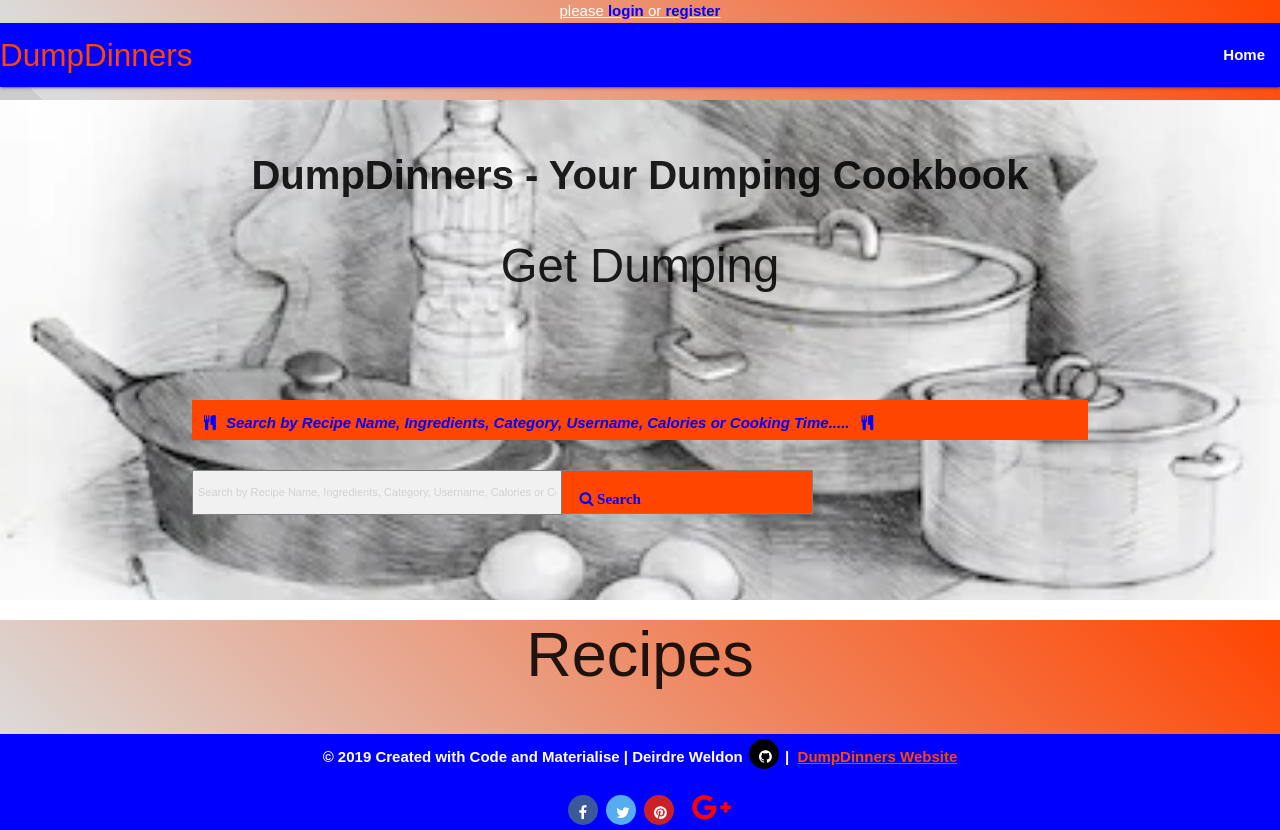
Repository: Deirdre18/dumpdinners-recipe-app
Page: http://localhost/
The author's editor kept a record of every edit. The page is drawn from the files as they stood at one moment, then again after the next edit.
The browser window is 1280 px wide. The pictures show the whole page.
Some web libraries are served in a nearby version. The page is served by the project's application, run on Flask 3 (app.py). Queries for data that is not in the repository find no rows.

Above is the page before.

### templates/allrecipes1.html
{% extends "base.html" %} {% block content %}

<h1 class="title">Recipes</h1>
{#{{referred to https://github.com/pierceoneill/code-institute-milestone-project-04/blob/master/templates/recipes.html for recipe-cards code.}}#}



<div id="recipe-cards" class="row">
    {% for recipe in recipes %}
    <div class="col s12 m4 l3 recipe-card" data-date="{{recipe.date_added}}">

        <div class="card-heading">

            <div class="card-title" style="text-align:center">
                <h6><span id="recipe_name" name="recipe_name"><i><strong>{{recipe.recipe_name}}</i></strong></span></h6>

            </div>
        </div>
        <strong><i class="fa fa-eye" aria-hidden="true" style="color:blue;font-size: 15px">&nbsp&nbsp{{recipe.views}}</i></strong>&nbsp&nbsp&nbsp&nbsp&nbsp&nbsp&nbsp&nbsp&nbsp&nbsp&nbsp&nbsp&nbsp&nbsp&nbsp&nbsp&nbsp
        <strong><i class="fa fa-heart" aria-hidden="true" style="color:red; font-size: 15px">&nbsp&nbsp{{recipe.likes}}</i></strong><br>
        <strong><i class="fa fa-cutlery"aria-hidden="true" style="color:blue;font-size: 15px">&nbsp&nbsp{{recipe.category_name}}</i><strong>


        <div class="card-image">
            <img src="{{recipe.image}}" width="200" height="200" style="margin-top" : 40%;>
        </div>


        <div class="card-body" style="white-space:normal">

            <p id="short_description"></p><strong><em>{{recipe.short_description}}</strong></em>
            </p>

        </div>

        <h6 class="view-and-share"><strong> View and Share!</strong>
        </h6>
        <p class=shares "col s4 m3 l3" style="white-space:normal">

            <i class="fa fa-facebook" aria-hidden="true"></i>
            <i class="fa fa-twitter" aria-hidden="true" style="color: light-blue"></i>
             <i class="fa fa-pinterest" aria-hidden="true"></i>
             <i class="fa fa-google-plus" style="font-size:30px; color:red"></i>
        </p>

        <div class="card-footer" style="white-space:normal">



            <div class="card-action">
                <a href="/recipe/{{ recipe._id }}"> <button class="btn waves-effect waves-light" type="submit" style="background-color:orangered" name="action">See More
                <i class="material-icons right">view_list</i>
             </button></a>
                <br><br><br>

            </div>

        </div>




        <!-- more display -->
    </div>
    {% endfor %}

    {% endblock %}

### templates/base.html
<!DOCTYPE html>
<html>

<head>
    <!--referred to this link for downloading bootstrap, as well as previous CI tutorials - https://forums.fedoraforum.org/showthread.php?314148-How-to-download-bootstrap-->

    <meta charset="UTF-8">
    <meta name="viewport" content="width=device-width, user-scalable=no, initial-scale=1.0, maximum-scale=1.0, minimum-scale=1.0">
    <meta http-equiv="X-UA-Compatible" content="ie=edge">
    <title>{{ title }} - DumpDinners</title>
    <link href="https://fonts.googleapis.com/icon?family=Material+Icons" rel="stylesheet">
    <link rel="stylesheet" href="https://cdnjs.cloudflare.com/ajax/libs/materialize/0.100.2/css/materialize.min.css">
    <link rel="stylesheet" href="{{url_for('static', filename='social-share-kit.css')}}" type="text/css" />
    <link rel="stylesheet" href="{{url_for('static', filename='styles.css')}}" type="text/css" />

    <!--referred to this for favicon - https://www.flaticon.com/-->

    <link rel="icon" type="image/ico" href="/static/images/favicon.ico" />
    <link rel="stylesheet" href="https://cdnjs.cloudflare.com/ajax/libs/font-awesome/4.7.0/css/font-awesome.min.css">

    <style>
        body {
            font-family: Arial;
        }
        * {
            box-sizing: border-box;
        }
        form.example input[type=text] {
            padding: 5px;
            font-size: 11px;
            border: 1px solid grey;
            float: left;
            width: 4%;
            height: 1%;
            background: #f1f1f1;
        }
        form.example button {
            float: left;
            width: 2%;
            height: 2%;
            padding: 5px;
            background: #2196F3;
            color: white;
            font-size: 11px;
            border: 1px solid grey;
            border-left: none;
            cursor: pointer;
        }
        form.example button:hover {
            background: #0b7dda;
        }
        form.example::after {
            content: "";
            clear: both;
            display: table;
        }
    </style>



</head>

<body>

    <style scoped>
        .pattern {
            min-height: 100px;
        }
        #stripes4 {
            background-image: repeating-linear-gradient(45deg, #ccc, #ccc 30px, #dbdbdb 30px, #dbdbdb 60px, orangered);
        }
    </style>

    <!--to give background gradient color, referred to https://www.quackit.com/css/codes/patterns/css_background_stripes.cfm-->

    <div id="stripes4" class="pattern">


        <!--referred to code from Spence Barribal's github project for username in session below (Student at Code Institute).-->

        {% if 'username' in session %}
        <div class="text-light font-italic bg-dark pt-2 pr-4" style="text-align:center; color:blue"><strong>welcome back, {{ session['username'] }}</strong>
        </div>

        <!--Referred to stack overflow article on centering anchors.-->

        <div class="display:block; text-align: center">
            <a href="{{ url_for('add_recipe') }}" <button class="btn waves-effect waves-light" type="submit" style="background-color:orangered" name="action"><strong>Add Recipe</strong>
                <i class="material-icons right">playlist_add</i>
             </button></div></a>



            <div class="display:block; text-align: center">
                <a href="{{ url_for( 'logout') }}" style="text-decoration:underline; color:blue; text-align:center,color:blue"><strong>Logout</strong></a>
            </div>

            <div class="display:block; text-align: center">
                <a href="{{ url_for( 'allrecipes') }}" style="text-decoration:underline;color:blue; text-align:center"><strong>Home</strong></a>

            </div>

            {% else %}

            <div class="login" style="text-align:center;text-decoration:underline; color:white">please<a href="{{ url_for('login') }}" style="color:blue"><strong> login</a></strong> or <a href="{{ url_for('register') }}" style="color:blue"><strong> register</strong></a>
            </div>
            {% endif %}

            <nav>
                <div class="nav-wrapper">
                    <a class="brand-logo" style="color:orangered">DumpDinners</a>
                    <a href="#" data-activates="mobile-demo" class="button-collapse"><i class="material-icons">menu</i></a>
                    <ul id="nav-mobile" class="right hide-on-med-and-down">

                        {% if 'username' not in session %}

                        <li class="nav-item">
                            <a href="{{ url_for('index') }}" style="color:white"><strong>Home</a></strong>
                        </li>


                        {% endif %}

                    </ul>
                </div>

            </nav>
            <!--referred to https://www.w3schools.com/howto/howto_css_search_button.asp-->

            {% if 'username' in session %}
            <ul class="sidenav" id="mobile-demo">
                <li class="nav-item">
                    <a href="{{ url_for('allrecipes') }}" style="color:orangered;text-decoration:underline"><strong>Home</strong></a>
                </li>
                {% endif %}


            </ul>
        </div>

        <div id="index-banner" class="parallax-container">
            <div class="section no-pad-bot">
                <div class="container">

                    <div class="parallax">
                        <img src="{{ url_for('static', filename='uploads/' + 'still-life.jpg') }}">
                    </div>

                    <h2 class="header center" class="header"><small><strong>DumpDinners - Your Dumping Cookbook</strong></small></h2>

                    <h1 class="header center" class="header"><small>Get Dumping</small></h1>
                    <br><br><br>


                    <!--/*referred to https://www.w3schools.com/howto/howto_css_search_button.asp*/-->

                    <div class="search-container">

                         <h6 class="lead-search" style="background-color:orangered; color:blue; text-align:left"><strong><i><i class="fa fa-cutlery" style="font-size: 15px"></i>Search by Recipe Name, Ingredients, Category, Username, Calories or Cooking Time.....</i></strong><i class="fa fa-cutlery" style="font-size: 15px"></i></h6><br>


                         <form class="example" action="{{ url_for('search') }}">
                            <input type="text" placeholder="Search by Recipe Name, Ingredients, Category, Username, Calories or Cooking Time...." required name="query" style="margin-top:1px; width:40%; height:3em !important" style="color:black">
                            <div id="search">
                                <button type="submit" style="margin-top:1px; width:28%; height:4em !important; background-color:orangered"><strong><i class="fa fa-search" style="font-size:15px;float:left;color:blue"><strong>&nbspSearch</strong></i></button>
                            </div>

                            </form>

                    </div>
                </div>
            </div>
            <!--Referred to this link for adding photos dynamically. https://stackoverflow.com/questions/40877272/jinja2-not-displaying-the-images-->
        </div>
        <div id="stripes4" class="pattern">
            {% block content %}{% endblock %}
        </div>
        <script src="https://ajax.googleapis.com/ajax/libs/jquery/3.4.1/jquery.min.js"></script>
        <script src="https://cdnjs.cloudflare.com/ajax/libs/jquery/3.2.1/jquery.min.js"></script>
        <script src="https://cdnjs.cloudflare.com/ajax/libs/materialize/0.100.2/js/materialize.min.js"></script>
        <!--<script src="assets/js/social-share-kit.js"></script>-->
        <!--<script src="assets/js/social-share-kit.min.js"></script>-->
        <script type="text/javascript">
            $(document).ready(function() {
                $(".button-collapse").sideNav();
            });
        </script>
        <script type="text/javascript">
            $('.datepicker').pickadate({
                selectMonths: true, // Creates a dropdown to control month
                selectYears: 15, // Creates a dropdown of 15 years to control year,
                today: 'Today',
                clear: 'Clear',
                close: 'Ok',
                closeOnSelect: false // Close upon selecting a date,
            });
        </script>
        <script>
            $(document).ready(function() {
                $('.parallax').parallax();
            });
        </script>
        <!-- jquery to activate buttons -->
        <script type="text/javascript">
            $(document).ready(function() {
                $('.collapsible').collapsible();
                $('select').material_select();
            });
        </script>
        <!--// to create footer referred to https://www.w3schools.com/howto/tryit.asp?filename=tryhow_css_fixed_footer. For flexible footer referred to https://materializecss.com/footer.html // decided to make footer fixed rather than flexible-->
        <style>
            .footer {
                margin-top: 1px;
                display: fixed;
                min-height: 3vh;
                flex-direction: column;
                text-align: center;
                background-color: blue;
                color: white;
            }
            main {
                flex: 1 0 auto;
            }
            .container {
                margin-top: 15px;
                margin-bottom: 3px;
            }
        </style>
        <style>
            .fa {
                padding: 10px;
                font-size: 15px;
                width: 30px;
                text-decoration: none;
                margin: 5px 2px;
                border-radius: 50%;
                height: 30px;
            }
            .fa:hover {
                opacity: 0.7;
            }
            .fa-facebook {
                background: #3B5998;
                color: white;
                text-align: center;
            }
            .fa-twitter {
                background: #55ACEE;
                color: white;
                text-align: center;
            }
            .fa-youtube {
                background: #bb0000;
                color: white;
                text-align: center;
            }
            .fa-pinterest {
                background: #cb2027;
                color: white;
                text-align: center;
            }
            .fa-github {
                background: black;
                color: white;
                text-align: center;
                font-size: 15px;
            }
            strong {
                font-weight: bold;
            }
        </style>
        <div class="footer">
            <div class="container">
                <!--created blank spaces, referred to https://www.computerhope.com/jargon/n/nbsp.htm-->
                © 2019 Created with Code and Materialise&nbsp| Deirdre Weldon <a href="https://github.com/" class="fa fa-github"></a> |&nbsp
                <a href="https://dumpdinners-recipe-app.herokuapp.com/" style="color:orangered; text-decoration: underline">DumpDinners Website
        </div>
        <!--for social media icons and styles referred to https://www.w3schools.com/howto/howto_css_social_media_buttons.asp    -->
        <!-- Add font awesome icons -->
        <a href="https://www.facebook.com/" class="fa fa-facebook"></a>
                <a href="https://www.twitter.com/" class="fa fa-twitter"></a>
                <a href="https://www.pinterest.com/" class="fa fa-pinterest"></a>
                <a href="https://plus.google.com/" class="fa fa-google-plus" style="font-size:30px; color:red"></a>
            </div>
</body>
</html>

### app.py
import os
import re
from flask import Flask, render_template, redirect, request, url_for, session, flash
import json
from flask_pymongo import PyMongo
import pymongo
from pymongo import MongoClient
from bson.objectid import ObjectId


from werkzeug.security import generate_password_hash, check_password_hash


app = Flask(__name__)

app.secret_key = "randomstring123"



if app.config['DEBUG'] == True:
    from config import dbconfig
    app.config["MONGO_DBNAME"] = 'dumpdinners'
    app.config["MONGO_URI"] = dbconfig()
else:
    app.config['MONGO_URI'] = os.environ.get("MONGO_URI")
    app.config['MONGO_DBNAME'] = os.environ.get("MONGO_DBNAME")

mongo = PyMongo(app)


@app.route('/')
@app.route('/index')
def index():
    """Home page the gets 4 recipes from DB that have been viewed the most"""
    four_recipes = mongo.db.recipes.find().limit(4)
    return render_template('allrecipes1.html', recipes=four_recipes)

@app.route('/allrecipes')
def allrecipes():
    recipes = mongo.db.recipes.find()
    return render_template('allrecipes.html', recipes=recipes)

@app.route('/allrecipes1')
def allrecipes1():
    recipes = mongo.db.recipes.find()
    four_recipes = mongo.db.recipes.find().limit(4)
    return render_template('allrecipes1.html', recipes=four_recipes)

@app.route('/add_recipe')
def add_recipe():
    recipes = mongo.db.recipes.find()
    return render_template('addrecipe.html',
        recipes=mongo.db.categories.find())



@app.route('/insert_recipe', methods=['POST'])
def insert_recipe():
    recipes = mongo.db.recipes
    recipes.insert_one(request.form.to_dict())
    flash ("Thank you, your recipe has been inserted!")
    return render_template('recipe.html', recipe=recipe)




@app.route('/edit_recipe/<recipe_id>', methods=['GET', 'POST'])
def edit_recipe(recipe_id):
    """Allows logged in user to edit their own recipes"""
    recipe_db = mongo.db.recipes.find_one_or_404({'_id': ObjectId(recipe_id)})
    all_categories =  mongo.db.categories.find()
    if request.method == 'GET':

        return render_template('editrecipe.html', recipe=recipe_db, categories=all_categories)


# referred to this article for advice on 'views' - https://stackoverflow.com/questions/5782311/mongodb-inc-embedded-value-syntax

@app.route('/update_recipe/<recipe_id>', methods=["POST"])
def update_recipe(recipe_id):
    recipes = mongo.db.recipes
    recipes.update( {'_id': ObjectId(recipe_id)},
    {
        '$set': {

        'recipe_name':request.form.get('recipe_name'),
        'ingredients':request.form.get('ingredients'),
        'image': request.form.get('image'),
        'category_name': request.form.get('category_name'),
        'username': request.form.get('username'),
        'methods': request.form.get('methods'),
        'short_description': request.form.get('short_description'),
        'date_added': request.form.get('date_added'),
        'is_vegetarian': request.form.get('is_vegetarian'),
        'views':1,
        'likes':1

        }
    })
    return redirect(url_for('allrecipes'))




@app.route('/delete_recipe/<recipe_id>')
def delete_recipe(recipe_id):
    mongo.db.recipes.remove({'_id': ObjectId(recipe_id)})
    return redirect(url_for('allrecipes'))

@app.route('/search')
def search():
    """Provides logic for search bar"""
    orig_query = request.args['query']
    # using regular expression setting option for any case
    query = {'$regex': re.compile('.*{}.*'.format(orig_query)), '$options': 'i'}
    # find instances of the entered word in title, tags or ingredients
    results = mongo.db.recipes.find({
        '$or': [
            {'recipe_name': query},
            {'ingredients': query},
            {'recipe_name': query},
            {'category_name': query},
            {'calories': query},
            {'cooking_time': query}
        ]
    })
    return render_template('search.html', query=orig_query, results=results)


@app.route('/recipe/<recipe_id>')
def recipe(recipe_id):

    """Shows full recipe and increments view"""
    mongo.db.recipes.find_one_and_update(
        {'_id': ObjectId(recipe_id)},
        { '$inc': { 'views': 1}}



    )
    recipe_db = mongo.db.recipes.find_one_or_404({'_id': ObjectId(recipe_id)})
    return render_template('recipe.html', recipe=recipe_db)

# routing for likes

@app.route('/likes/<recipe_id>')
def likes(recipe_id):

    """Shows full recipe and increments view"""
    mongo.db.recipes.find_one_and_update(
        {'_id': ObjectId(recipe_id)},
        { '$inc': { 'likes': 1}}



    )
    recipe_db = mongo.db.recipes.find_one_or_404({'_id': ObjectId(recipe_id)})
    return redirect(url_for('allrecipes1'))

#Copied routing for login from Deborah Thompson, student at Code Institute for login routing - #https://github.com/debbiect246/recipe-app#


@app.route('/login', methods=["GET","POST"])
def login():
    if request.method == 'POST':
        login_user = mongo.db.register.find_one({'username': request.form['username']})
        form = request.form
        if login_user:
            if(form["password"] == login_user["password"]): # if password correct
                session['username'] = login_user["username"]
                return redirect(url_for('allrecipes',register_id = login_user["_id"]))
            else: # and if password is not correct
               flash("Incorrect password, please try again or register")
        else:# if user does not exist
            flash("User does not exist")
            return redirect(url_for('register'))
    return render_template('login.html')


#Copied routing for register from Deborah Thompson, student at Code Institute for login routing - #https://github.com/debbiect246/recipe-app#

@app.route('/register', methods=['POST','GET'])
def register():
    if request.method == 'POST':
        register = mongo.db.register
        register_id = register.insert_one(request.form.to_dict())
        # print(register)
        object_id = register_id.inserted_id
        flash("Thank you for registering, please login to view more recipes and add your own!")
        return redirect(url_for('login'))
    return render_template('register.html')




#Copied routing for allrecipeslist from Deborah Thompson, student at Code Institute for login routing - #https://github.com/debbiect246/recipe-app#


@app.route('/logout')
def logout():
    """Clears session and redirects to home"""

    session.clear()
    flash ("Thank you, hope to see you again soon!")
    return redirect(url_for('login'))




if __name__ == '__main__':
    app.run(host=os.environ.get('IP'),
        port=int(os.environ.get('PORT')))

### static/styles.css
.card-body {
    width: 75%;
    margin-left: 0;
    left: auto;
    right: auto;
    white-space: pre-wrap;
}

#search [type="search"] [name="query"]
{
     height: 30px;
     width: 50px;
}


h3 {margin-top: 10%}

.main { margin-top: 20px;}

.card-image {width:25%;}

h5 .lead-search {margin-bottom: 0}

p .heading {margin-top: 30%;}


.card-image {white-space: pre-wrap;
            margin-bottom: -80px;
}


h1 {text-align: center;
    margin-top: 20px;

}

p {margin-top: 20%;}



.nav-wrapper {background-color: blue;}

#Add {color: indigo;
}

#View {color: indigo;
}

.brand-logo{text-align:left;}

.btn_small {
    height: 24px;
    width: 60px;
    line-height: 24px;
    margin: 5px 5px;
    padding: 0 0.5em;
}

Loaded but not shown: static/social-share-kit.css (no copy from this time; the picture is the same without it)

After the next edit:
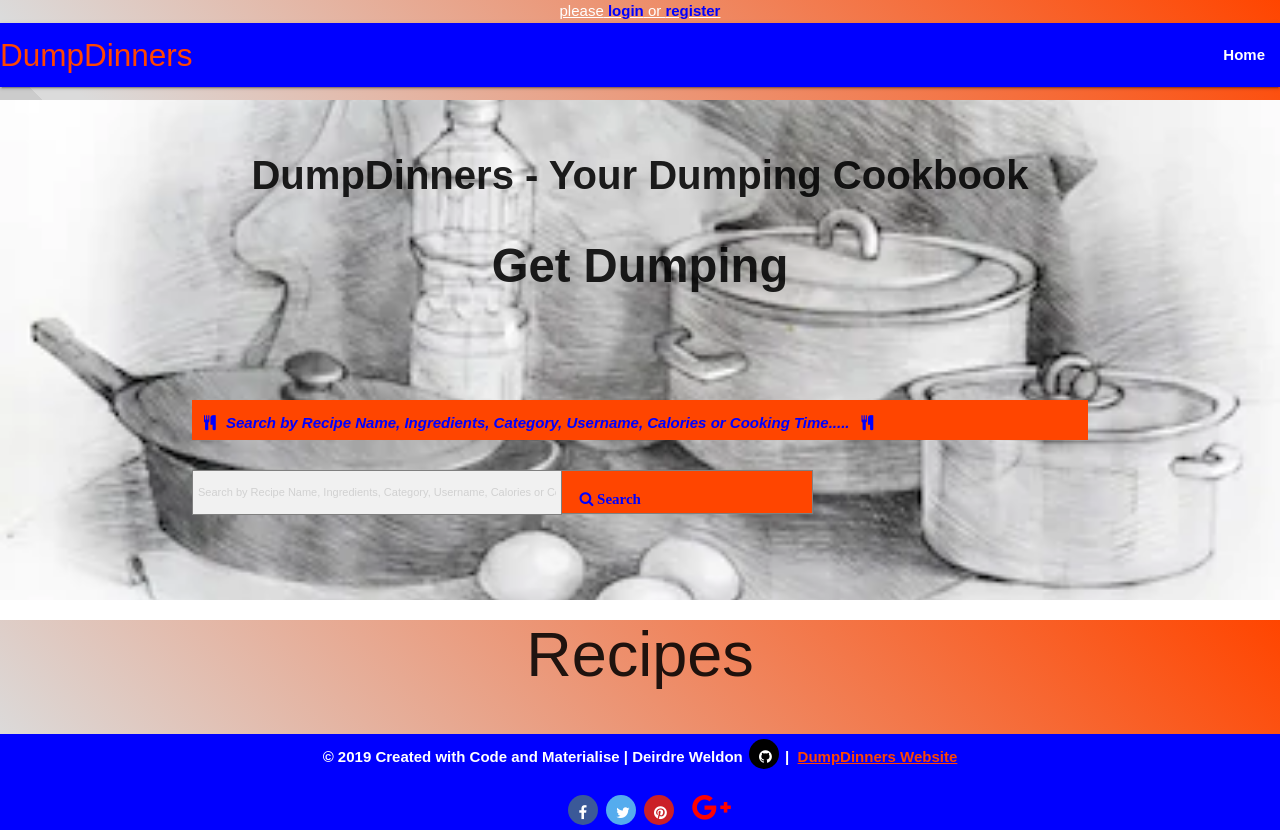
The edit:
--- a/templates/base.html
+++ b/templates/base.html
@@ -148,7 +148,7 @@
 
                     <h2 class="header center" class="header"><small><strong>DumpDinners - Your Dumping Cookbook</strong></small></h2>
 
-                    <h1 class="header center" class="header"><small>Get Dumping</small></h1>
+                    <h1 class="header center" class="header"><small><strong>Get Dumping</strong></small></h1>
                     <br><br><br>
 
 
